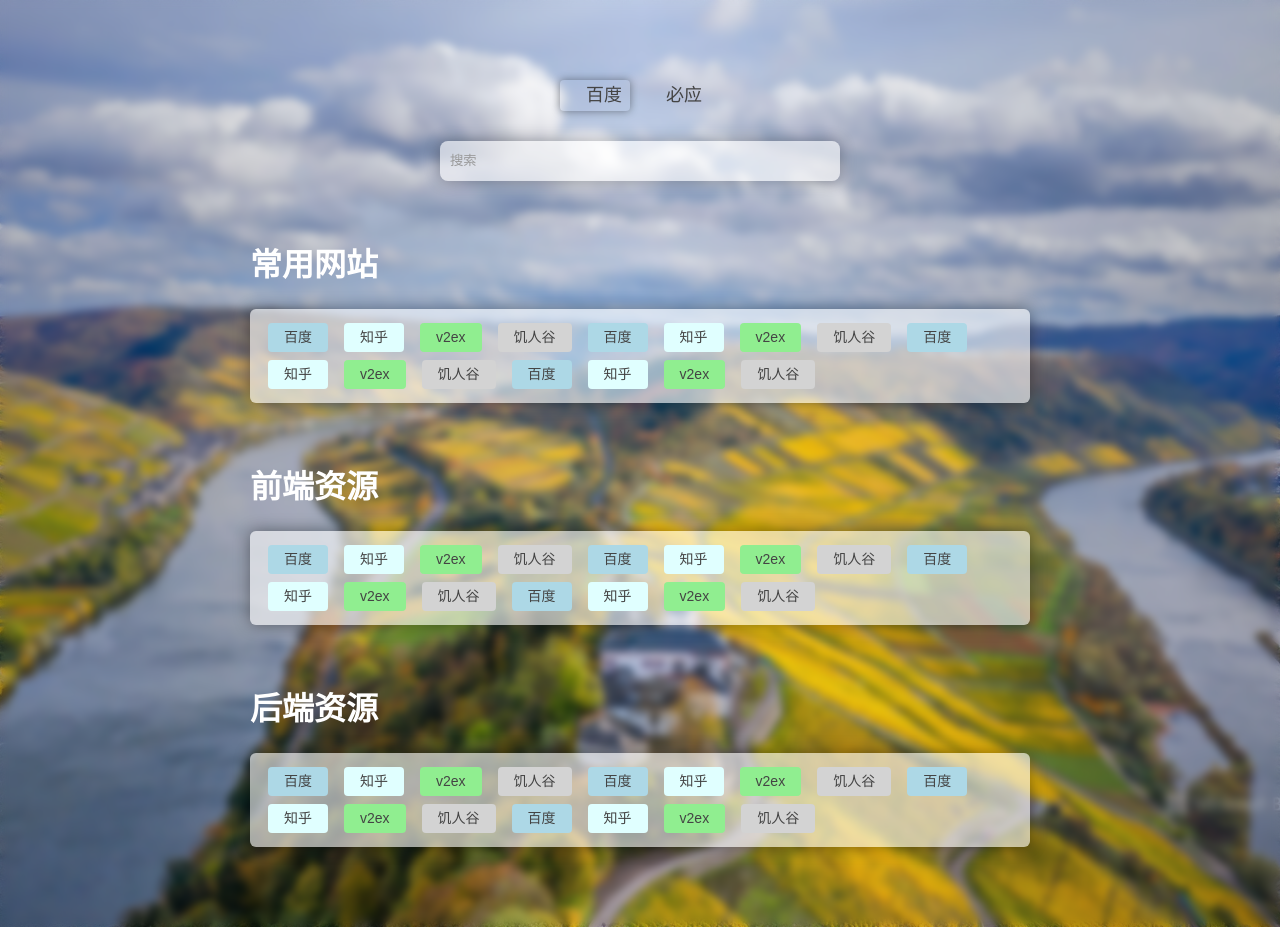
Repository: zkhiscool/PersonPage
Page: index.html
An editor plug-in stored every save of this project. The page is shown before and after the next save, followed by the edit.
The browser window is 1280 px wide. The pictures show the whole page.

Above is the page before, as saved 2023-07-19 09:53:32.

### index.html
<!DOCTYPE html>
<html lang="en">

<head>
    <meta charset="UTF-8">
    <meta name="viewport" content="width=device-width, initial-scale=1.0">
    <title>Document</title>
    <script src="//at.alicdn.com/t/c/font_4154315_rbz2c3ka0md.js"></script>
    <link rel="stylesheet" href="css/style.css">
</head>

<body>
    <div id="page">
        <section id="search">
            <div class="search-type">
                <div class="search-tab tab-baidu active">
                    <svg class="icon" aria-hidden="true">
                        <use xlink:href="#icon-baidu"></use>
                    </svg>百度
                </div>
                <div class="search-tab tab-bing">
                    <svg class="icon" aria-hidden="true">
                        <use xlink:href="#icon-weiruan"></use>
                    </svg>必应
                </div>
            </div>
            <div class="search-input">
                <input type="text" placeholder="搜索">
                <svg class="icon icon-search" aria-hidden="true">
                    <use xlink:href="#icon-search"></use>
                </svg>
            </div>
        </section>
        <section id="websites">
            <ul class="list">
                <li class="item">
                    <h2>常用网站</h2>
                    <ul class="panel">
                        <li class="tag color-1">百度</li>
                        <li class="tag color-2">知乎</li>
                        <li class="tag color-3">v2ex</li>
                        <li class="tag color-4">饥人谷</li>
                        <li class="tag color-1">百度</li>
                        <li class="tag color-2">知乎</li>
                        <li class="tag color-3">v2ex</li>
                        <li class="tag color-4">饥人谷</li>
                        <li class="tag color-1">百度</li>
                        <li class="tag color-2">知乎</li>
                        <li class="tag color-3">v2ex</li>
                        <li class="tag color-4">饥人谷</li>
                        <li class="tag color-1">百度</li>
                        <li class="tag color-2">知乎</li>
                        <li class="tag color-3">v2ex</li>
                        <li class="tag color-4">饥人谷</li>

                    </ul>
                </li>

                <li class="item">
                    <h2>前端资源</h2>
                    <ul class="panel">
                        <li class="tag color-1">百度</li>
                        <li class="tag color-2">知乎</li>
                        <li class="tag color-3">v2ex</li>
                        <li class="tag color-4">饥人谷</li>
                        <li class="tag color-1">百度</li>
                        <li class="tag color-2">知乎</li>
                        <li class="tag color-3">v2ex</li>
                        <li class="tag color-4">饥人谷</li>
                        <li class="tag color-1">百度</li>
                        <li class="tag color-2">知乎</li>
                        <li class="tag color-3">v2ex</li>
                        <li class="tag color-4">饥人谷</li>
                        <li class="tag color-1">百度</li>
                        <li class="tag color-2">知乎</li>
                        <li class="tag color-3">v2ex</li>
                        <li class="tag color-4">饥人谷</li>

                    </ul>
                </li>

                <li class="item">
                    <h2>后端资源</h2>
                    <ul class="panel">
                        <li class="tag color-1">百度</li>
                        <li class="tag color-2">知乎</li>
                        <li class="tag color-3">v2ex</li>
                        <li class="tag color-4">饥人谷</li>
                        <li class="tag color-1">百度</li>
                        <li class="tag color-2">知乎</li>
                        <li class="tag color-3">v2ex</li>
                        <li class="tag color-4">饥人谷</li>
                        <li class="tag color-1">百度</li>
                        <li class="tag color-2">知乎</li>
                        <li class="tag color-3">v2ex</li>
                        <li class="tag color-4">饥人谷</li>
                        <li class="tag color-1">百度</li>
                        <li class="tag color-2">知乎</li>
                        <li class="tag color-3">v2ex</li>
                        <li class="tag color-4">饥人谷</li>

                    </ul>
                </li>
            </ul>

        </section>

    </div>
    <script src="js/main.js"></script>
    <script>
        //百度 = 'https://www.baidu.com/s?wd=' + '饥人谷'
        //bing= https://cn.bing.com/search?q=' + '饥人谷'
    </script>
</body>

</html>

### css/style.css
* {
    margin: 0;
    padding: 0;
    box-sizing: border-box;
}

ul,
li {
    list-style: none;
}

body {
    /* 字体大小14，行高1.5 */
    font: 14px/1.5 Arial, Helvetica, sans-serif;
    color: #444;
    background: linear-gradient(to right, rgba(0, 0, 0, 0.2), rgba(0, 0, 0, 0), rgba(0, 0, 0, 0.2)),
        url(../images/2.jpg)center center no-repeat;
    background-size: cover;
    /* 窗口的高度 */
    min-height: 100vh;
    /* 背景色模糊 */
    padding-bottom: 60px;
    backdrop-filter: blur(4px);
}

/* 图标库默认样式 */
.icon {
    width: 1em;
    height: 1em;
    vertical-align: -0.15em;
    fill: currentColor;
    overflow: hidden;
}

#page {
    max-width: 820px;
    margin: 0 auto;
    padding: 20px;
    /* overflow: hidden; */
}

#search {
    display: flex;
    flex-direction: column;
    align-items: center;
    margin-top: 60px;

}

.search-type {
    display: flex;
}

.search-tab {
    padding: 2px 8px;
    margin-right: 10px;
    border-radius: 4px;
    font-size: 18px;
    cursor: pointer;
}

.search-tab.active {
    box-shadow: 0 0 8px rgba(0, 0, 0, 0.4);
}

.search-input {
    position: relative;
    margin-top: 30px;
    border-radius: 8px;
    overflow: hidden;
    background-color: rgba(255, 255, 255, 0.6);
    box-shadow: 0 0 16px 0 rgba(0, 0, 0, 0.3);
}

.search-input .icon {
    position: absolute;
    right: 6px;
    top: 50%;
    transform: translateY(-50%);
    z-index: 1;
    width: 30px;
    height: 20px;
    cursor: pointer;
}

.search-input>input {
    width: 400px;
    padding: 0 30px 0 10px;
    line-height: 40px;
    border: none;
    outline: none;
    color: #666;
    background-color: transparent;
    transition: all .3s;
}

.search-input>input:focus {
    width: 780px;
}

.search-input>input::placeholder {
    color: #999;
}

#websites .item {
    margin-top: 60px;

}

#websites .list h2 {
    color: #fff;
    font-size: 32px;
}

#websites .panel {
    display: flex;
    flex-wrap: wrap;
    background-color: rgba(255, 255, 255, 0.6);
    border-radius: 6px;
    padding: 10px;
    margin-top: 20px;
    box-shadow: 0 0 16px 0 rgba(0, 0, 0, 0.4);
}

#websites .tag {
    border-radius: 4px;
    padding: 4px 16px;
    margin: 4px 8px;

}

.color-1 {
    background-color: lightblue;
}

.color-2 {
    background-color: lightcyan;
}

.color-3 {
    background-color: lightgreen;
}

.color-4 {
    background-color: lightgray;
}

### js/main.js
const $ = s => document.querySelector(s)
const $$ = s => document.querySelectorAll(s)
let searchEngine = 'baidu'
$$('.search-tab').forEach($tab => {
    $tab.onclick = function () {
        // 给每个搜索去掉class
        $$('.search-tab').forEach($tab => $tab.classList.remove('active'))
        this.classList.add('active')
    }
});

$('.icon-search').onclick = function () {
    let value = $('.search-tab')
}

After the next save:
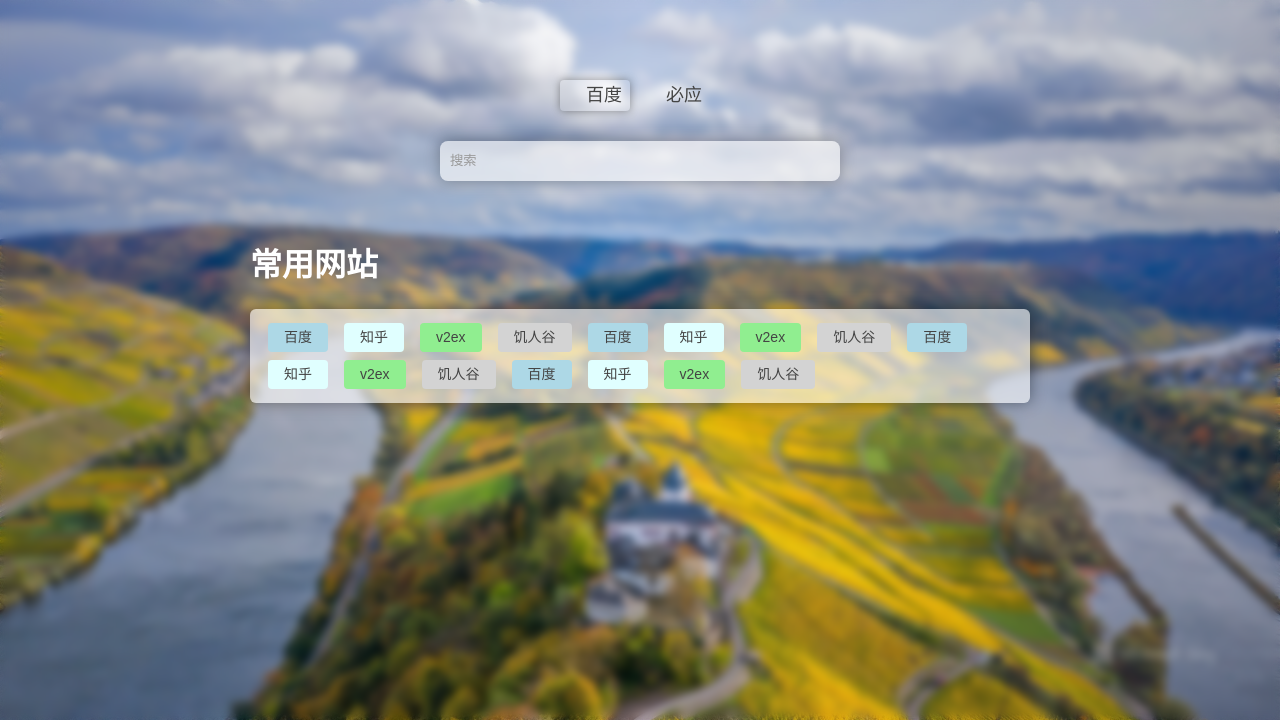
Saved 29 s later.
--- a/index.html
+++ b/index.html
@@ -55,52 +55,6 @@
 
                     </ul>
                 </li>
-
-                <li class="item">
-                    <h2>前端资源</h2>
-                    <ul class="panel">
-                        <li class="tag color-1">百度</li>
-                        <li class="tag color-2">知乎</li>
-                        <li class="tag color-3">v2ex</li>
-                        <li class="tag color-4">饥人谷</li>
-                        <li class="tag color-1">百度</li>
-                        <li class="tag color-2">知乎</li>
-                        <li class="tag color-3">v2ex</li>
-                        <li class="tag color-4">饥人谷</li>
-                        <li class="tag color-1">百度</li>
-                        <li class="tag color-2">知乎</li>
-                        <li class="tag color-3">v2ex</li>
-                        <li class="tag color-4">饥人谷</li>
-                        <li class="tag color-1">百度</li>
-                        <li class="tag color-2">知乎</li>
-                        <li class="tag color-3">v2ex</li>
-                        <li class="tag color-4">饥人谷</li>
-
-                    </ul>
-                </li>
-
-                <li class="item">
-                    <h2>后端资源</h2>
-                    <ul class="panel">
-                        <li class="tag color-1">百度</li>
-                        <li class="tag color-2">知乎</li>
-                        <li class="tag color-3">v2ex</li>
-                        <li class="tag color-4">饥人谷</li>
-                        <li class="tag color-1">百度</li>
-                        <li class="tag color-2">知乎</li>
-                        <li class="tag color-3">v2ex</li>
-                        <li class="tag color-4">饥人谷</li>
-                        <li class="tag color-1">百度</li>
-                        <li class="tag color-2">知乎</li>
-                        <li class="tag color-3">v2ex</li>
-                        <li class="tag color-4">饥人谷</li>
-                        <li class="tag color-1">百度</li>
-                        <li class="tag color-2">知乎</li>
-                        <li class="tag color-3">v2ex</li>
-                        <li class="tag color-4">饥人谷</li>
-
-                    </ul>
-                </li>
             </ul>
 
         </section>
